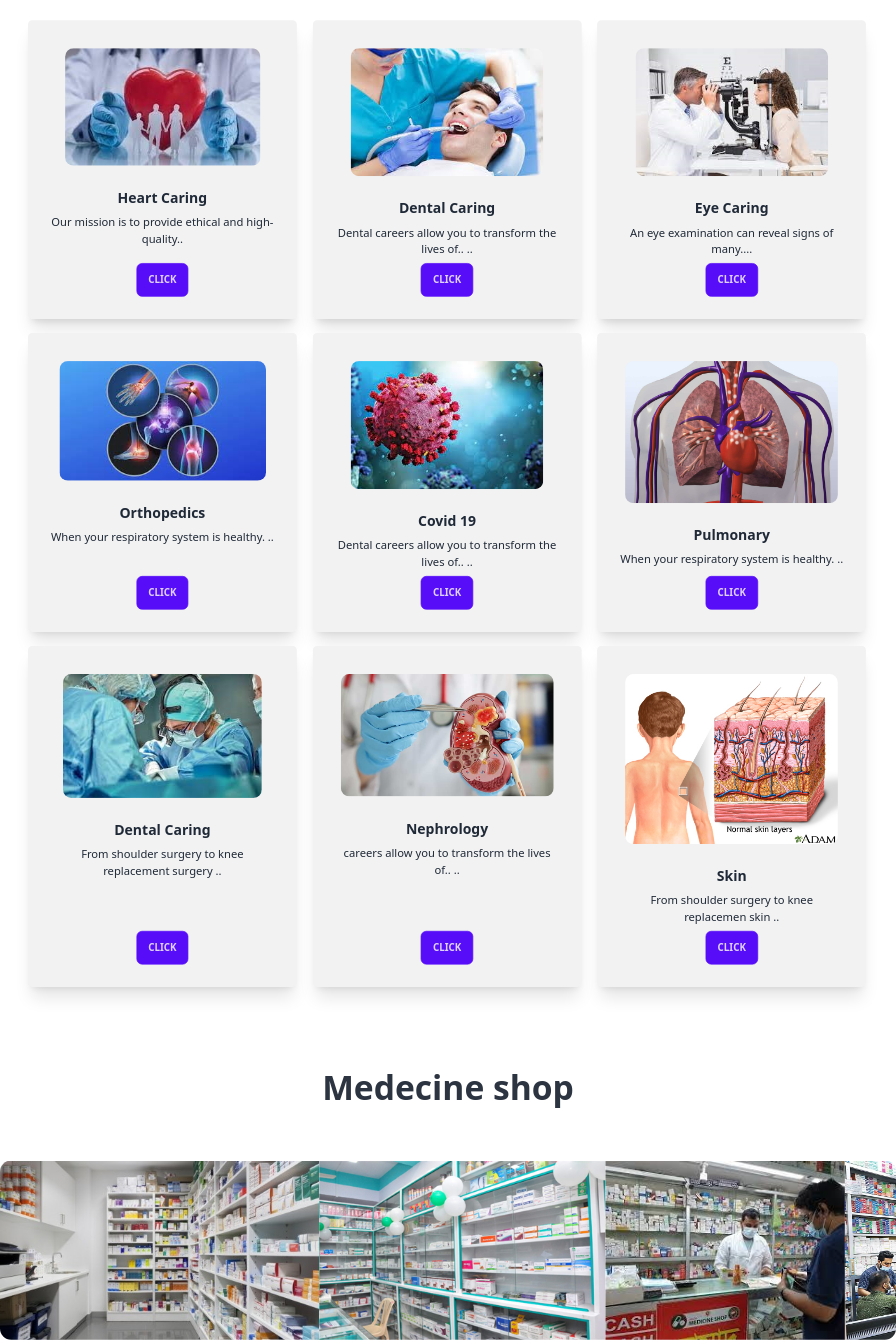
Repository: salmaakter11/Medical-Health
Page: /
The author's editor kept a copy of each file at every save. The page is drawn from the files as they stood at one save, then again after the next save.
The browser window is 1280 px wide. The pictures show the part of the page from y = 4027 to 5947 px (the page is 5947 px tall), at 70% of full size.
The project was rebuilt for these pictures with package versions that can differ from the ones it lists, and the page was loaded fresh each time. Also part of the build but not shown: vite.config.js.

Above is the page before, as saved 2023-07-20 20:18:52.

### index.html

<!DOCTYPE html>
<html lang="en">
  <head>
    <meta charset="UTF-8" />
    <link rel="icon" type="image/svg+xml" href="src/img/img3.jpg" />
    <meta name="viewport" content="width=device-width, initial-scale=1.0" />
    <title>Medical Health</title>
  </head>
  <body>
    <div id="root"></div>
    <script type="module" src="/src/main.jsx"></script>
  </body>
</html>

### src/App.jsx
import Home from "./component/Home/Home"
import Navbar from "./component/Navbar/Navbar"
import Doctor from "./component/Doctor's/Doctor"
import Services from "./component/Service/Services"
import Shop from "./component/Shop/Shop"



function App() {


  return (
    <>
    <Navbar></Navbar>
    <Home></Home>
    <Doctor></Doctor>
    <Services></Services>
    <Shop></Shop>


    </>
  )
}

export default App

### src/component/Home/Home.jsx

import React from 'react';


const Home = () => {
  return (
    <div id="Home">
      <div className="hero min-h-screen" style={{backgroundImage: 'url(https://medicaleducationsjp.com/-/media/Project/SXA/St-John-Providence-MedEd/providence-providence-park-hospital-southfield.jpg?la=en&hash=6BFBFC9A4CD3C2C67CDD857FB88B5C53FA24BCE4)'}}>
  <div className="hero-overlay bg-opacity-60"></div>
  <div className="hero-content text-center text-neutral-content">
    <div className="max-w-md">
      <h1 className="mb-5 text-5xl font-bold">We Care Medical & Health </h1>
      <p className="mb-5">We will conduct a complete dental examination and create an individualized treatment plan for you .</p>
      <button className="btn btn-primary">Make an Appointment +</button>
    </div>
  </div>
</div>

    </div>
  );
};

export default Home;

### src/component/Navbar/Navbar.jsx
import React from 'react';
import './Navbar.css'
const Navbar = () => {
    return (
        <div>
            <div className="navbar bg-base-100 nav z-40 shadow-sm shadow-black ">
                <div className="navbar-start">
                    <div className="dropdown">
                        <label tabindex="0" className="btn btn-ghost lg:hidden">
                            <svg xmlns="http://www.w3.org/2000/svg" className="h-5 w-5" fill="none" viewBox="0 0 24 24" stroke="currentColor"><path stroke-linecap="round" stroke-linejoin="round" stroke-width="2" d="M4 6h16M4 12h8m-8 6h16" /></svg>
                        </label>

                        {/* mobile device nav */}

                        <ul tabindex="0" className="menu menu-sm dropdown-content mt-3 p-2 shadow bg-base-100 rounded-box w-52 text-xl font-bold">
                        <li><a href="#Home" >Home </a></li>
    <li><a href="#Doctor">Doctor details</a></li>
    <li><a href="#Service">Service</a></li>
    <li><a href="#Shop">Medecine shop</a></li>
        <li><a href="#Contact" >Contact</a></li>
        <li><a href="#photo" >Photo&Gallery</a></li>
        <li><a href="#livechat" >LiveChat</a></li>


      </ul>
    </div>

    <a id='' href='/' className="btn btn-ghost normal-case text-xl font-bold text-xl front-bold"> Medical Health</a>
  </div>

  {/* pc device nav */}
  <div className="navbar-center hidden lg:flex ">
    <ul className="menu menu-horizontal px-1 text-xl font-bold">
    <li><a href="#Home" >Home </a></li>
    <li><a href="#Doctor">Doctor details</a></li>
    <li><a href="#Service">Service</a></li>
    <li><a href="#Shop">Medecine shop</a></li>
        <li><a href="#Contact" >Contact</a></li>
        <li><a href="#Contact" >Photo&Gallery</a></li>
        <li><a href="#livechat" >LiveChat</a></li>


    </ul>
  </div>
  <div className="navbar-end pr-10">
    {/* nav facebook logo */}

  <a target="blank" href="https://www.facebook.com/Salma.com.37"><svg xmlns="http://www.w3.org/2000/svg" width="30" height="30" viewBox="0 0 24 24" className="fill-current"><path d="M9 8h-3v4h3v12h5v-12h3.642l.358-4h-4v-1.667c0-.955.192-1.333 1.115-1.333h2.885v-5h-3.808c-3.596 0-5.192 1.583-5.192 4.615v3.385z"></path></svg></a>
  </div>
            </div>
        </div>
    );
};

export default Navbar;

### src/component/Doctor's/Doctor.jsx
import doc1 from "../../img/doc1.jpg"
import doc2 from "../../img/doc2.jpg"
import doc3 from "../../img/doc3.jpg"
import doc4 from "../../img/doc4.jpg"
import React from 'react';

const Doctor = () => {
    return (
        <div id="Doctor">
            <h1 className=' text-center text-neutral font-bold text-5xl py-20 '>Doctor Deteils</h1>
            <div>
                {/* Doctor1 */}
            <div className="hero min-h-screen bg-base-200">
  <div className="hero-content flex-col lg:flex-row">
    <img src={doc1} className="max-w-sm rounded-lg shadow-2xl" />
    <div>
      <h1 className="text-5xl font-bold">Michael I. Johnson</h1>
      <h6 className="text-3xl ">Neuro medicine </h6>
      <p className="py-6">Michael I. Johnson is a fellow of RACGP, with more than 15 years of working experience. She completed her postgraduate qualifications in Women’s health, Children’s health, Dermatology and Psychology.
Dr Johnson practices all areas of family medicine, especially family planning and pregnancy care. Dr Johnson is an accredited shared antenatal care provider for the Mercy Hospital, Box Hill Hospital, Monash Medical Centre and Royal Women’s Hospital. She is an Victorian IUD Provider – being able to do IUD insertion and removal, also doing implanon insertion and removal, and medical termination of pregnancy (Registered with 1800 My Options-1801 692 000).
Dr Johnson actively involves in the health promotion for the local community. She is in the GP Liaison Group for the Monash Children’s Hospital, and a committee member of the Canada Chinese Doctor Association (ACDA).</p>
      <button className="btn btn-primary">Appointment Now+</button>
    </div>
  </div>
</div>

{/* Doctor2 */}
<div className="hero min-h-screen bg-base-200">
  <div className="hero-content flex-col lg:flex-row">
    <img src={doc2} className="max-w-sm rounded-lg shadow-2xl" />
    <div>
      <h1 className="text-5xl font-bold">Professor Dr. Md. Ayub Ali Chowdhury</h1>
      <h4 className="text-3xl font-bold">MBBS, FCPS (Medicine), MD (Nephrology), Gold Medalist</h4>
      <p className="py-6">Michael I. Johnson is a fellow of RACGP, with more than 15 years of working experience. She completed her postgraduate qualifications in Women’s health, Children’s health, Dermatology and Psychology.
Dr Johnson practices all areas of family medicine, especially family planning and pregnancy care. Dr Johnson is an accredited shared antenatal care provider for the Mercy Hospital, Box Hill Hospital, Monash Medical Centre and Royal Women’s Hospital. She is an Victorian IUD Provider – being able to do IUD insertion and removal, also doing implanon insertion and removal, and medical termination of pregnancy (Registered with 1800 My Options-1801 692 000).
Dr Johnson actively involves in the health promotion for the local community. She is in the GP Liaison Group for the Monash Children’s Hospital, and a committee member of the Canada Chinese Doctor Association (ACDA).</p>
      <button className="btn btn-primary">Appointment Now+</button>
    </div>
  </div>
</div>
{/*
Doctor 3 */}

<div className="hero min-h-screen bg-base-200">
  <div className="hero-content flex-col lg:flex-row">
    <img src={doc3} className="max-w-sm rounded-lg shadow-2xl w-80" />
    <div>
      <h1 className="text-5xl font-bold">Dr. Hasinatul Zannat</h1>
      <h6 className="text-3xl">MBBS, D-Card(DU), FACC, FSCAI (America)</h6>
      <p className="py-6">Michael I. Johnson is a fellow of RACGP, with more than 15 years of working experience. She completed her postgraduate qualifications in Women’s health, Children’s health, Dermatology and Psychology.
Dr Johnson practices all areas of family medicine, especially family planning and pregnancy care. Dr Johnson is an accredited shared antenatal care provider for the Mercy Hospital, Box Hill Hospital, Monash Medical Centre and Royal Women’s Hospital. She is an Victorian IUD Provider – being able to do IUD insertion and removal, also doing implanon insertion and removal, and medical termination of pregnancy (Registered with 1800 My Options-1801 692 000).
Dr Johnson actively involves in the health promotion for the local community. She is in the GP Liaison Group for the Monash Children’s Hospital, and a committee member of the Canada Chinese Doctor Association (ACDA).</p>
      <button className="btn btn-primary">Appointment Now+</button>
    </div>
  </div>
</div>

{/* Doctor 4 */}

<div className="hero min-h-screen bg-base-200">
  <div className="hero-content flex-col lg:flex-row">
    <img src={doc4} className="max-w-sm rounded-lg shadow-2xl w-80" />
    <div>
      <h1 className="text-5xl font-bold">Dr. Ali </h1>
      <h6 className="text-3xl">MBBS FACC, FSCAI (America)</h6>
      <p className="py-6">Michael I. Johnson is a fellow of RACGP, with more than 15 years of working experience. She completed her postgraduate qualifications in Women’s health, Children’s health, Dermatology and Psychology.
Dr Johnson practices all areas of family medicine, especially family planning and pregnancy care. Dr Johnson is an accredited shared antenatal care provider for the Mercy Hospital, Box Hill Hospital, Monash Medical Centre and Royal Women’s Hospital. She is an Victorian IUD Provider – being able to do IUD insertion and removal, also doing implanon insertion and removal, and medical termination of pregnancy (Registered with 1800 My Options-1801 692 000).
Dr Johnson actively involves in the health promotion for the local community. She is in the GP Liaison Group for the Monash Children’s Hospital, and a committee member of the Canada Chinese Doctor Association (ACDA).</p>
      <button className="btn btn-primary">Appointment Now+</button>
    </div>
  </div>
</div>

            </div>
        </div>
    );
};

export default Doctor;

### src/component/Service/Services.jsx
import Dental from '../../img/Dental.jpg'
import heart from '../../img/heart.jpg'
import Eye from '../../img/Eye.jpg'
import Orthopedics from '../../img/Orthopedics.jpg'
import Covid19 from '../../img/Covid19.jpg'
import Pulmonary from '../../img/Pulmonary.jpg'
import surgery  from '../../img/surgery.jpg'
import nerphrologist from '../../img/nerphrologist.jpg'
import skin from '../../img/skin.jpg'

import React from 'react';

const Services = () => {
    return (
        <div id='Service'>
            <h1 className=' text-center text-neutral font-bold text-5xl py-20 '>Services</h1>
            <div className='grid grid-cols-1 md:grid-cols-2 lg:grid-cols-3 gap-5 p-10 '>
            {/* Heart Caring */}
            <div className="card w-96 bg-base-100 shadow-xl card lg:w-96 hover:shadow- p-0 bg-base-200  rounded-md hover:scale-90 duration-500">
  <figure className="px-10 pt-10">
    <img src={heart} alt="Shoes" className="rounded-xl" />
  </figure>
  <div className="card-body items-center text-center">
    <h2 className="card-title">Heart Caring</h2>
    <p>Our mission is to provide ethical and high-quality..</p>
    <div className="card-actions">
      <button className="btn btn-primary">Click</button>
    </div>
  </div>
</div>

{/* Dental Caring */}
<div className="card w-96 bg-base-100 shadow-xl card lg:w-96 hover:shadow- p-0 bg-base-200  rounded-md hover:scale-90 duration-500">
  <figure className="px-10 pt-10">
    <img src={Dental} alt="Shoes" className="rounded-xl" />
  </figure>
  <div className="card-body items-center text-center">
    <h2 className="card-title">Dental Caring </h2>
    <p>Dental careers allow you to transform the lives of..
..</p>
    <div className="card-actions">
      <button className="btn btn-primary">Click</button>
    </div>
  </div>
</div>

{/* Eye Caring */}
<div className="card w-96 bg-base-100 shadow-xl card lg:w-96 hover:shadow- p-0 bg-base-200  rounded-md hover:scale-90 duration-500">
  <figure className="px-10 pt-10">
    <img src={Eye} alt="Shoes" className="rounded-xl" />
  </figure>
  <div className="card-body items-center text-center">
    <h2 className="card-title">Eye Caring</h2>
    <p>An eye examination can reveal signs of many....</p>
    <div className="card-actions">
      <button className="btn btn-primary">Click</button>
    </div>
  </div>
</div>
{/* Orthopedics */}
<div className="card w-96 bg-base-100 shadow-xl card lg:w-96 hover:shadow- p-0 bg-base-200  rounded-md hover:scale-90 duration-500">
  <figure className="px-10 pt-10">
    <img src={Orthopedics} alt="Shoes" className="rounded-xl" />
  </figure>
  <div className="card-body items-center text-center">
    <h2 className="card-title">Orthopedics </h2>
    <p>When your respiratory system is healthy.
..</p>
    <div className="card-actions">
      <button className="btn btn-primary">Click</button>
    </div>
  </div>
</div>

{/* Covid 19 */}
<div className="card w-96 bg-base-100 shadow-xl card lg:w-96 hover:shadow- p-0 bg-base-200  rounded-md hover:scale-90 duration-500">
  <figure className="px-10 pt-10">
    <img src={Covid19} alt="Shoes" className="rounded-xl" />
  </figure>
  <div className="card-body items-center text-center">
    <h2 className="card-title">Covid 19 </h2>
    <p>Dental careers allow you to transform the lives of..
..</p>
    <div className="card-actions">
      <button className="btn btn-primary">Click</button>
    </div>
  </div>
</div>

{/* Pulmonary */}
<div className="card w-96 bg-base-100 shadow-xl card lg:w-96 hover:shadow- p-0 bg-base-200  rounded-md hover:scale-90 duration-500">
  <figure className="px-10 pt-10">
    <img src={Pulmonary} alt="Shoes" className="rounded-xl" />
  </figure>
  <div className="card-body items-center text-center">
    <h2 className="card-title">Pulmonary </h2>
    <p>When your respiratory system is healthy.
..</p>
    <div className="card-actions">
      <button className="btn btn-primary">Click</button>
    </div>
  </div>
</div>
{/* surgery */}
<div className="card w-96 bg-base-100 shadow-xl card lg:w-96 hover:shadow- p-0 bg-base-200  rounded-md hover:scale-90 duration-500">
  <figure className="px-10 pt-10">
    <img src={surgery} alt="Shoes" className="rounded-xl" />
  </figure>
  <div className="card-body items-center text-center">
    <h2 className="card-title">Dental Caring </h2>
    <p>From shoulder surgery to knee replacement surgery
..</p>
    <div className="card-actions">
      <button className="btn btn-primary">Click</button>
    </div>
  </div>
</div>
{/* Nephrology */}
<div className="card w-96 bg-base-100 shadow-xl card lg:w-96 hover:shadow- p-0 bg-base-200  rounded-md hover:scale-90 duration-500">
  <figure className="px-10 pt-10">
    <img src={nerphrologist} alt="Shoes" className="rounded-xl" />
  </figure>
  <div className="card-body items-center text-center">
    <h2 className="card-title">Nephrology </h2>
    <p>careers allow you to transform the lives of..
..</p>
    <div className="card-actions">
      <button className="btn btn-primary">Click</button>
    </div>
  </div>
</div>
{/* Skin */}
<div className="card w-96 bg-base-100 shadow-xl card lg:w-96 hover:shadow- p-0 bg-base-200  rounded-md hover:scale-90 duration-500">
  <figure className="px-10 pt-10">
    <img src={skin} alt="Shoes" className="rounded-xl" />
  </figure>
  <div className="card-body items-center text-center">
    <h2 className="card-title">Skin </h2>
    <p>From shoulder surgery to knee replacemen skin
..</p>
    <div className="card-actions">
      <button className="btn btn-primary">Click</button>
    </div>
  </div>
</div>

            </div>
        </div>
    );
};

export default Services;

### src/component/Shop/Shop.jsx
import shop from '../../img/shop.jpg'
import shop2 from '../../img/shop2.jpg'
import shop3 from '../../img/shop3.jpg'
import shop4 from '../../img/shop4.jpg'
import shop5 from '../../img/shop5.jpg'
import React from 'react';


const Shop = () => {
    return (
        <div id=''>
            <h1 className=' text-center text-neutral font-bold text-5xl py-20 '>Medecine shop</h1>
            {/* <div className='h-screen  '>
            <img src={shop} alt="" />
            </div> */}
            <div className="carousel carousel-end rounded-box">
  <div className="carousel-item h-64">
    <img src={shop} alt="Drink" />
  </div>
  <div className="carousel-item h-64">
    <img src={shop2} alt="Drink" />
  </div>
  <div className="carousel-item h-64">
    <img src={shop3} alt="Drink" />
  </div>
  <div className="carousel-item h-64">
    <img src={shop4} alt="Drink" />
  </div>
  <div className="carousel-item h-64">
    <img src={shop5} alt="Drink" />
  </div>
</div>
            <div>

            </div>

        </div>
    );
};

export default Shop;

### src/component/Navbar/Navbar.css
.nav {
    position: fixed;
    top: o;
}

Loaded but not shown: src/main.jsx (common file); src/index.css (common file); tailwind.config.js (common file)

After the next save:
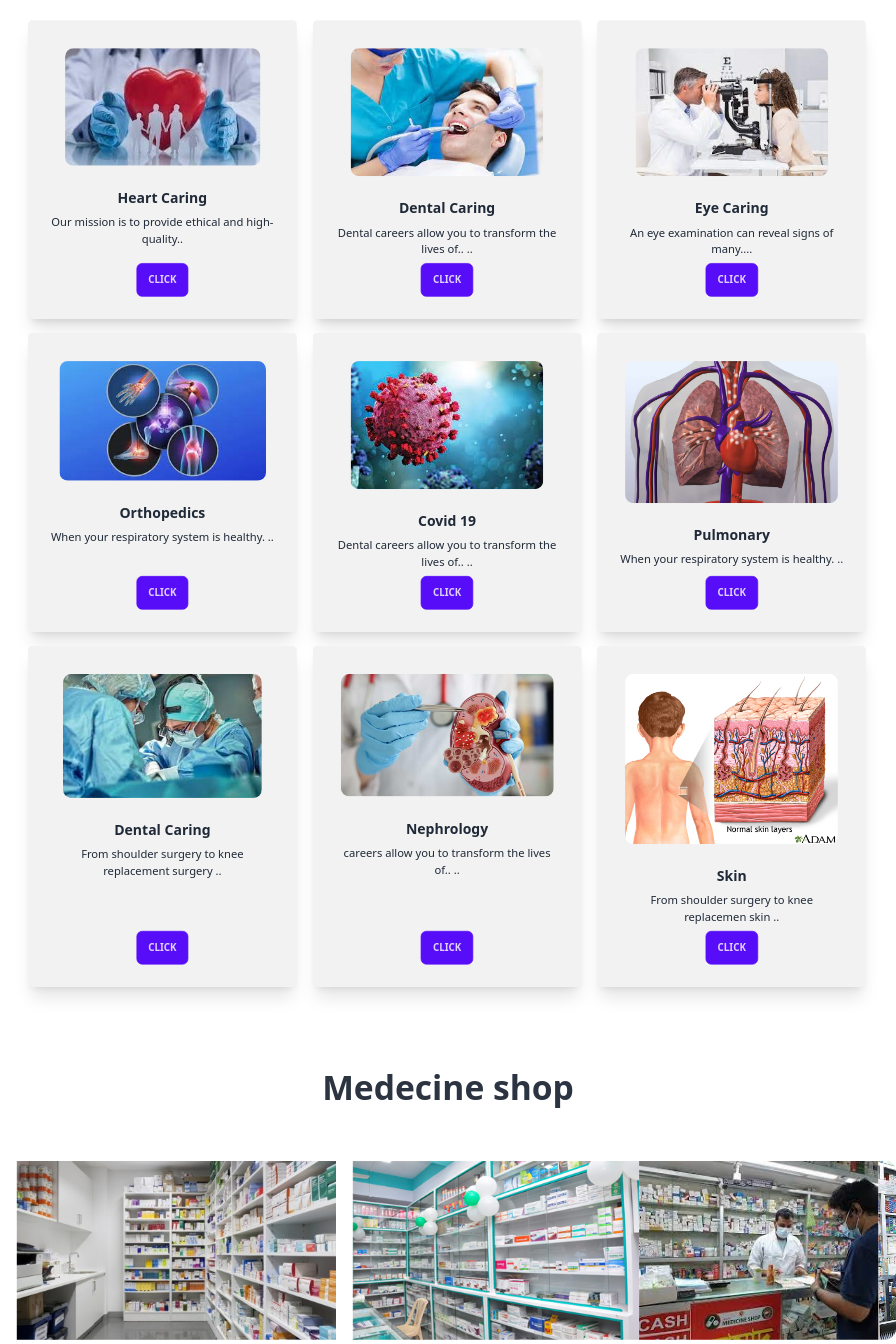
Saved 18 s later.
--- a/src/component/Shop/Shop.jsx
+++ b/src/component/Shop/Shop.jsx
@@ -14,7 +14,7 @@
             <img src={shop} alt="" />
             </div> */}
             <div className="carousel carousel-end rounded-box">
-  <div className="carousel-item h-64">
+  <div className="carousel-item h-64 px-6">
     <img src={shop} alt="Drink" />
   </div>
   <div className="carousel-item h-64">
